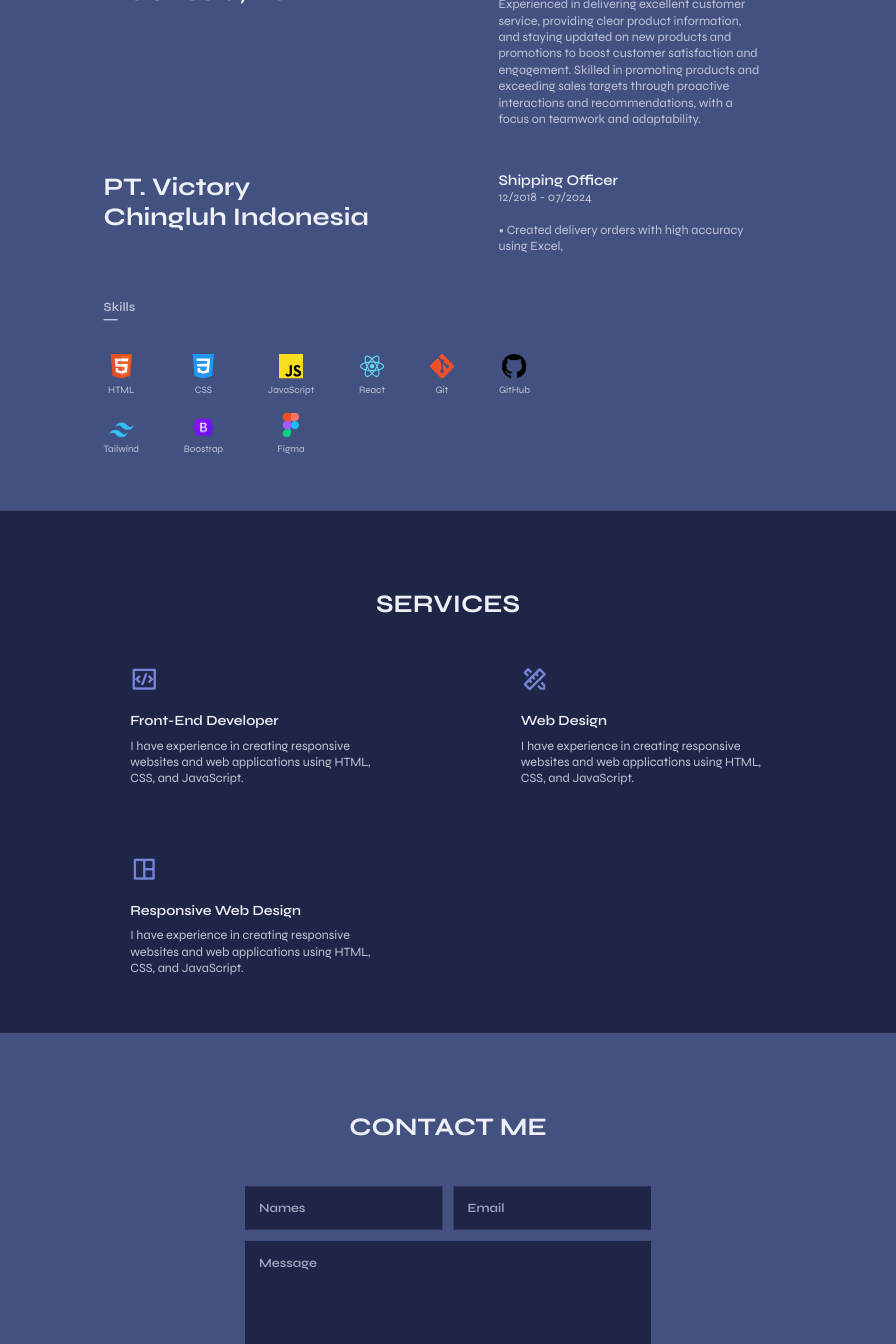
Repository: Ademaulana100499/portofolio
Page: index.html
The author's editor kept a copy of each file at every save. The page is drawn from the files as they stood at one save, then again after the next save.
The browser window is 1280 px wide. The pictures show the part of the page from y = 3784 to 5704 px (the page is 6187 px tall before and 6280 px after), at 70% of full size.
A picture or video elsewhere on the page could not be fetched, so the positions and the page height are approximate. Some web fonts or font styles are not loaded; a fallback is used.

Above is the page before, as saved 2024-12-02 13:05:07.

### index.html
<!DOCTYPE html>
<html lang="en">
  <head>
    <meta charset="UTF-8" />
    <meta name="viewport" content="width=device-width, initial-scale=1.0" />
    <title>AMgrowth</title>
    <link rel="shortcut icon" href="assets/img/Favicon.png" />
    <link
      href="https://cdn.jsdelivr.net/npm/remixicon/fonts/remixicon.css"
      rel="stylesheet"
    />
    <link rel="stylesheet" href="assets/css/style.css" />
  </head>
  <body>
    <!-- HEADER -->
    <header class="header" id="header">
      <nav class="nav container">
        <a href="#" class="nav__logo">
          <img
            src="assets/img/Logo White.png"
            alt="logo"
            class="nav__logo-img"
          />AMgrowth</a
        >
        <div class="nav__menu" id="nav-menu">
          <ul class="nav__list">
            <li>
              <a href="#home" class="nav__link active-link">Home</a>
            </li>
            <li>
              <a href="#project" class="nav__link">Project</a>
            </li>
            <li>
              <a href="#info" class="nav__link">My Info</a>
            </li>
            <li>
              <a href="#services" class="nav__link">Services</a>
            </li>
            <li>
              <a href="#contact" class="nav__link">Contact Me</a>
            </li>
          </ul>
          <!-- Close Button -->
          <div class="nav__close" id="nav-close">
            <i class="ri-close-line"></i>
          </div>
        </div>

        <!-- Toggle Button -->
        <div class="nav__toggle" id="nav-toggle">
          <i class="ri-menu-line"></i>
        </div>
      </nav>
    </header>

    <!-- MAIN -->
    <main class="main" id="main">
      <!-- HOME -->
      <section class="home section" id="home">
        <div class="home__container container grid">
          <img src="assets/img/Photo.png" alt="image" class="home__img" />
          <div class="home__data">
            <h1 class="home__name">
              Ade <br />
              Maulana
            </h1>
            <h3 class="home__profession">Front-End Developer</h3>
          </div>
          <a href="#project" class="home__scroll">
            <div class="home__scroll-box">
              <i class="ri-arrow-down-line"></i>
            </div>
            <span class="home__scroll-text">Recent Project</span>
          </a>
        </div>
      </section>
      <!-- PROJECT -->
      <section class="project section" id="project">
        <h2 class="section__title">RECENT PROJECT</h2>
        <div class="project__container container grid">
          <article class="project__card">
            <a href="#" target="_blank" class="project__overlay"></a
            ><a href="#" target="_blank" class="project__link">
              <h2 class="project__title">To-Do List Website</h2>
              <p class="project__description">
                This To-Do List web application features a simple interface and
                dynamic functionality to help users manage their daily tasks
                with ease.
              </p>
              <img
                src="assets/img/to-do-list-web.png"
                alt="image"
                class="project__img"
              />
              <i class="ri-arrow-right-line"> </i>
            </a>
          </article>
          <article class="project__card">
            <a href="#" target="_blank" class="project__overlay"></a
            ><a href="#" target="_blank" class="project__link">
              <h2 class="project__title">Cafe Website</h2>
              <p class="project__description">
                This Cafe website provides an interactive platform for users to
                explore the menu, place orders, and learn more about the cafe’s
                offerings and services.
              </p>
              <img
                src="assets/img/cafe web.jpg"
                alt="image"
                class="project__img"
              />
              <i class="ri-arrow-right-line"> </i>
            </a>
          </article>
          <article class="project__card">
            <a href="#" target="_blank" class="project__overlay"></a
            ><a href="#" target="_blank" class="project__link">
              <h2 class="project__title">Movie Website</h2>
              <p class="project__description">
                This Movie website allows users to browse and discover a variety
                of movies, view details, and explore ratings and reviews.
              </p>
              <img
                src="assets/img/movies web.png"
                alt="image"
                class="project__img"
              />
              <i class="ri-arrow-right-line"> </i>
            </a>
          </article>
          <article class="project__card">
            <a href="#" target="_blank" class="project__overlay"></a
            ><a href="#" target="_blank" class="project__link">
              <h2 class="project__title">Blog Website</h2>
              <p class="project__description">
                This Blog website offers a platform for users to read, share,
                and comment on various articles, fostering a community of
                discussion and knowledge sharing.
              </p>
              <img
                src="assets/img/blog web.jpg"
                alt="image"
                class="project__img"
              />
              <i class="ri-arrow-right-line"> </i>
            </a>
          </article>
          <article class="project__card">
            <a href="#" target="_blank" class="project__overlay"></a
            ><a href="#" target="_blank" class="project__link">
              <h2 class="project__title">Fitness Website</h2>
              <p class="project__description">
                This Fitness website provides users with workout plans,
                nutrition tips, and progress tracking to help them achieve their
                fitness goals.
              </p>
              <img
                src="assets/img/fittnes web.avif"
                alt="image"
                class="project__img"
              />
              <i class="ri-arrow-right-line"> </i>
            </a>
          </article>
        </div>
      </section>
      <!-- INFO -->
      <section class="info section" id="info">
        <h2 class="section__title">MY INFO</h2>
        <div class="info__container container grid">
          <!-- ABOUT -->
          <div class="about grid">
            <div class="about__content">
              <h3 class="info__title">About Me</h3>
              <p class="about__description">
                I am a <b>Front-End Web Developer</b> skilled in creating
                responsive and interactive web interfaces using <b>HTML</b>,
                <b>CSS</b>, and <b>JavaScript</b>. Experienced with
                <b>React.js</b>, I strive to deliver creative and functional
                solutions to enhance user experience.
              </p>
              <a
                href="assets/pdf/CV Ade Maulana.pdf"
                download="CV Ade Maulana.pdf"
                target="_blank"
                class="button about__button"
                >Download CV</a
              >
            </div>

            <img src="assets/img/Photo2.png" alt="image" class="about__img" />
          </div>
          <!-- EXPERIENCE -->
          <div class="experience">
            <h3 class="info__title">Experience</h3>
            <div class="experience__content grid">
              <div class="experience__data grid">
                <h2 class="experience__company">
                  PT. Victory Chingluh Indonesia
                </h2>
                <div>
                  <h3 class="experience__professsion">Shipping Officer</h3>
                  <span class="experience__date">12/2018 - 07/2024</span>
                  <p class="experience__description">
                    Experienced in managing delivery orders with high accuracy
                    using Excel, monitoring stock through SAP, and improving
                    operational efficiency and delivery coordination, with
                    skills in logistics management, inventory, and effective
                    communication.
                  </p>
                </div>
              </div>
              <div class="experience__data grid">
                <h2 class="experience__company">
                  PT Midi Utama Indonesia, Tbk
                </h2>
                <div>
                  <h3 class="experience__professsion">Sales Assistant</h3>
                  <span class="experience__date">12/2018 - 07/2024</span>
                  <p class="experience__description">
                    Experienced in delivering excellent customer service,
                    providing clear product information, and staying updated on
                    new products and promotions to boost customer satisfaction
                    and engagement. Skilled in promoting products and exceeding
                    sales targets through proactive interactions and
                    recommendations, with a focus on teamwork and adaptability.
                  </p>
                </div>
              </div>
              <div class="experience__data grid">
                <h2 class="experience__company">
                  PT. Victory Chingluh Indonesia
                </h2>
                <div>
                  <h3 class="experience__professsion">Shipping Officer</h3>
                  <span class="experience__date">12/2018 - 07/2024</span>
                  <p class="experience__description">
                    • Created delivery orders with high accuracy using Excel,
                  </p>
                </div>
              </div>
            </div>
          </div>
          <!-- SKILLS -->
          <div class="skills">
            <h3 class="info__title">Skills</h3>
            <div class="skills__content grid">
              <div class="skills__box">
                <img
                  src="assets/img/html.svg"
                  alt="image"
                  class="skills__img"
                />
                <span class="skills__name">HTML</span>
              </div>
              <div class="skills__box">
                <img src="assets/img/css.svg" alt="image" class="skills__img" />
                <span class="skills__name">CSS</span>
              </div>
              <div class="skills__box">
                <img
                  src="assets/img/javascript.svg"
                  alt="image"
                  class="skills__img"
                />
                <span class="skills__name">JavaScript</span>
              </div>
              <div class="skills__box">
                <img
                  src="assets/img/react.svg"
                  alt="image"
                  class="skills__img"
                />
                <span class="skills__name">React</span>
              </div>
              <div class="skills__box">
                <img src="assets/img/git.svg" alt="image" class="skills__img" />
                <span class="skills__name">Git</span>
              </div>
              <div class="skills__box">
                <img
                  src="assets/img/github.svg"
                  alt="image"
                  class="skills__img"
                />
                <span class="skills__name">GitHub</span>
              </div>
              <div class="skills__box">
                <img
                  src="assets/img/tailwind.png"
                  alt="image"
                  class="skills__img"
                />
                <span class="skills__name">Tailwind</span>
              </div>
              <div class="skills__box">
                <img
                  src="assets/img/bootstrap.png"
                  alt="image"
                  class="skills__img"
                />
                <span class="skills__name">Boostrap</span>
              </div>
              <div class="skills__box">
                <img
                  src="assets/img/figma.svg"
                  alt="image"
                  class="skills__img"
                />
                <span class="skills__name">Figma</span>
              </div>
            </div>
          </div>
        </div>
      </section>
      <!-- SERVICES -->
      <section class="services section" id="services">
        <h2 class="section__title">SERVICES</h2>
        <div class="services__container container grid">
          <article class="services__card">
            <i class="ri-code-box-line services__icon"></i>
            <h3 class="services__title">Front-End Developer</h3>
            <p class="services__description">
              I have experience in creating responsive websites and web
              applications using HTML, CSS, and JavaScript.
            </p>
          </article>
          <article class="services__card">
            <i class="ri-pencil-ruler-2-line services__icon"></i>
            <h3 class="services__title">Web Design</h3>
            <p class="services__description">
              I have experience in creating responsive websites and web
              applications using HTML, CSS, and JavaScript.
            </p>
          </article>
          <article class="services__card">
            <i class="ri-layout-2-line services__icon"></i>
            <h3 class="services__title">Responsive Web Design</h3>
            <p class="services__description">
              I have experience in creating responsive websites and web
              applications using HTML, CSS, and JavaScript.
            </p>
          </article>
        </div>
      </section>
      <!-- CONTACT -->
      <section class="contact section" id="contact">
        <h2 class="section__title">CONTACT ME</h2>
        <div class="contact__container container grid">
          <form action="" class="contact__form grid" id="contact-form">
            <div class="contact__group grid">
              <input
                type="text"
                name="user_name"
                placeholder="Names"
                class="contact__input"
              />
              <input
                type="email"
                name="user_email"
                placeholder="Email"
                class="contact__input"
              />
            </div>
            <textarea
              name="user_message"
              placeholder="Message"
              required
              class="contact__input contact__area"
              id=""
            ></textarea>
            <button class="button contact__button">Send Message</button>
            <p class="contact__message" id="contact-message"></p>
          </form>

          <div class="contact__social grid">
            <a
              href="https://www.linkedin.com/in/ademaulana-/"
              target="_blank"
              class="contact__social-link"
            >
              <i class="ri-linkedin-box-line"></i>
              <span>Linkedin</span>
            </a>
            <a
              href="https://www.instagram.com/ade_maulana._/"
              target="_blank"
              class="contact__social-link"
            >
              <i class="ri-instagram-line"></i>
              <span>Instagram</span>
            </a>
          </div>
        </div>
      </section>
    </main>

    <!-- FOOTER -->
    <footer class="footer" id="footer">
      <div class="footer__container container grid">
        <ul class="footer__links">
          <li>
            <a href="#home" class="footer__link">Home</a>
          </li>
          <li>
            <a href="#project" class="footer__link">Project</a>
          </li>
          <li>
            <a href="#info" class="footer__link">Info</a>
          </li>
        </ul>
        <span class="footer__copy">
          &#169; All rights reserved by Ade Maulana
        </span>
      </div>
    </footer>
    <!-- SCROLL UP -->
    <a href="#" class="scrollup" id="scroll-up">
      <i class="ri-arrow-up-line"></i>
    </a>
    <!-- SCROLLREVEAL -->
    <script src="assets/js/scrollreveal.min.js"></script>
    <!-- EMAIL JS -->
    <script src="https://cdn.jsdelivr.net/npm/@emailjs/browser@4/dist/email.min.js"></script>

    <!-- MAIN JS -->
    <script src="assets/js/main.js"></script>
  </body>
</html>

Loaded but not shown: assets/js/scrollreveal.min.js (library); assets/js/main.js (107 lines, source omitted); assets/css/style.css (802 lines, source omitted)

After the next save:
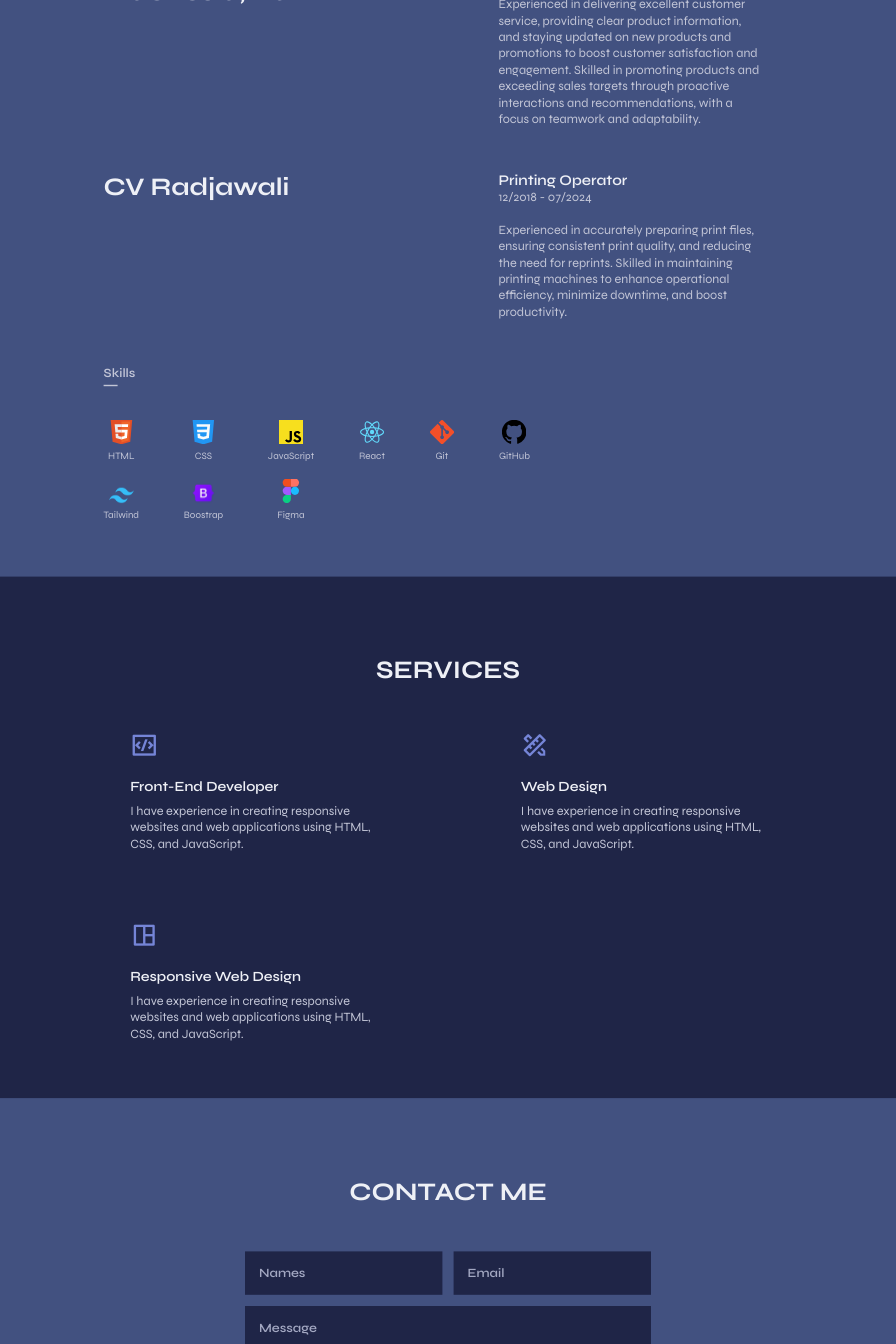
Saved 2 min 15 s later.
--- a/index.html
+++ b/index.html
@@ -228,14 +228,16 @@
                 </div>
               </div>
               <div class="experience__data grid">
-                <h2 class="experience__company">
-                  PT. Victory Chingluh Indonesia
-                </h2>
+                <h2 class="experience__company">CV Radjawali</h2>
                 <div>
-                  <h3 class="experience__professsion">Shipping Officer</h3>
+                  <h3 class="experience__professsion">Printing Operator</h3>
                   <span class="experience__date">12/2018 - 07/2024</span>
                   <p class="experience__description">
-                    • Created delivery orders with high accuracy using Excel,
+                    Experienced in accurately preparing print files, ensuring
+                    consistent print quality, and reducing the need for
+                    reprints. Skilled in maintaining printing machines to
+                    enhance operational efficiency, minimize downtime, and boost
+                    productivity.
                   </p>
                 </div>
               </div>
